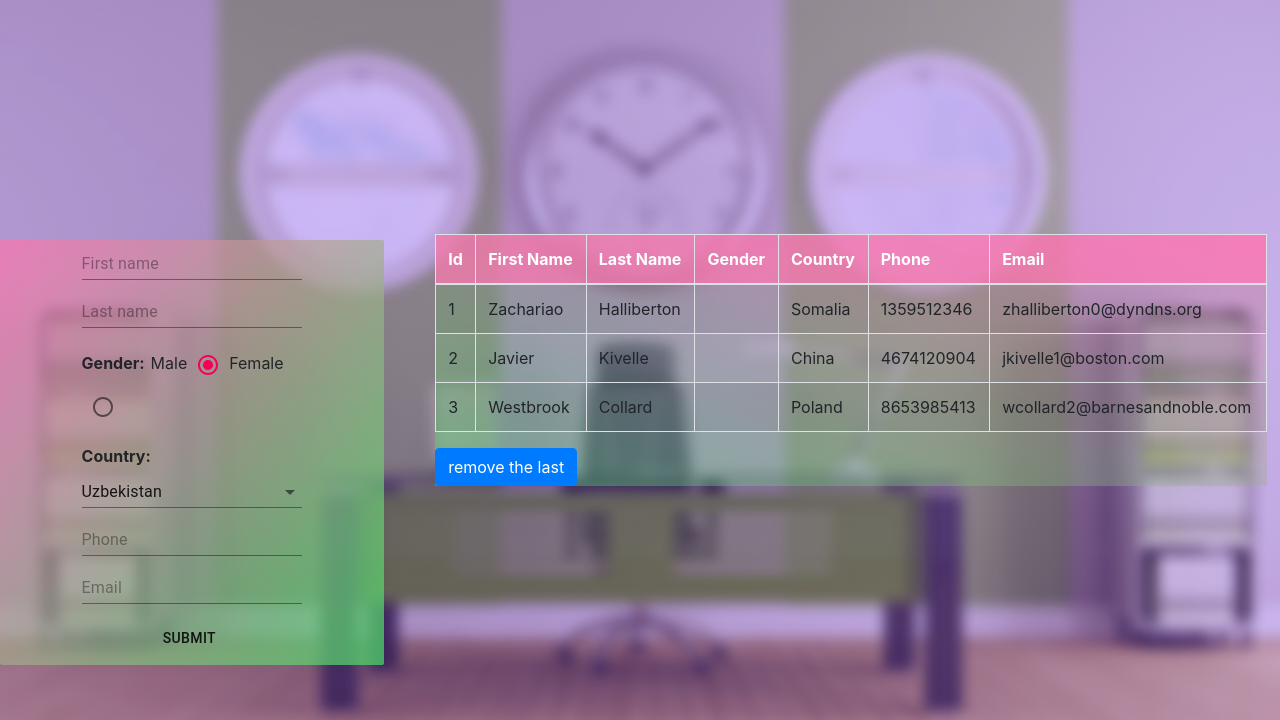
Repository: abrorsaidov/table-table
Page: /
These files come from the project's save history. The page is drawn as it stood at one moment and after the next save; the edit follows.
The browser window is 1280 px wide. The pictures show the whole page.
The project was rebuilt for these pictures with package versions that can differ from the ones it lists, and the page was loaded fresh each time. Also part of the build but not shown: src/components/reducer.js, src/components/state.js, src/components/ComponentC.js.

Above is the page before, as saved 2020-12-08 03:08:16.

After the next save:
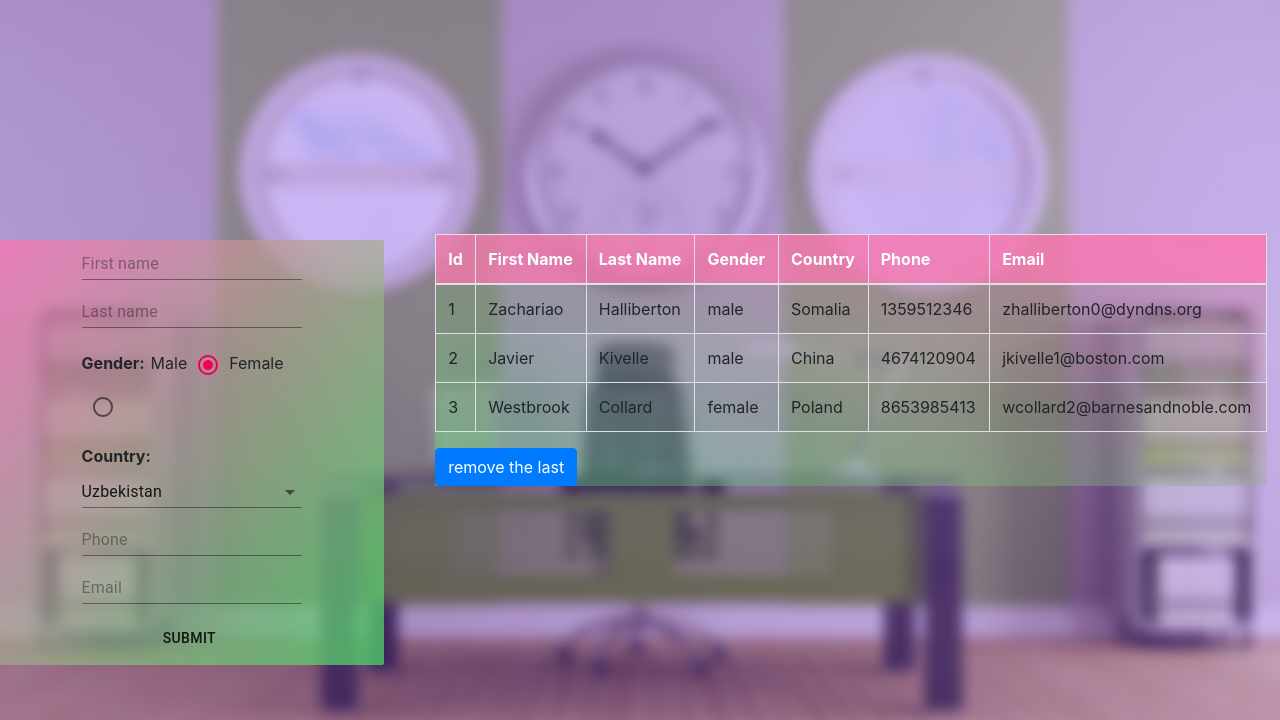
Saved 71 s later.
--- a/src/redux/table/tableReducer.js
+++ b/src/redux/table/tableReducer.js
@@ -7,8 +7,8 @@ const initialState = {
       id: 1,
       first_name: "Zachariao",
       last_name: "Halliberton",
+      gender: "male",
       email: "zhalliberton0@dyndns.org",
-      date_of_birth: "2016-07-02T11:38:40Z",
       age: 53,
       country: "Somalia",
       phone: "1359512346",
@@ -18,7 +18,7 @@ const initialState = {
       first_name: "Javier",
       last_name: "Kivelle",
       email: "jkivelle1@boston.com",
-      date_of_birth: "1976-08-29T11:02:27Z",
+      gender: "male",
       age: 33,
       country: "China",
       phone: "4674120904",
@@ -28,7 +28,7 @@ const initialState = {
       first_name: "Westbrook",
       last_name: "Collard",
       email: "wcollard2@barnesandnoble.com",
-      date_of_birth: "2015-07-18T20:23:09Z",
+      gender: "female",
       age: 18,
       country: "Poland",
       phone: "8653985413",
